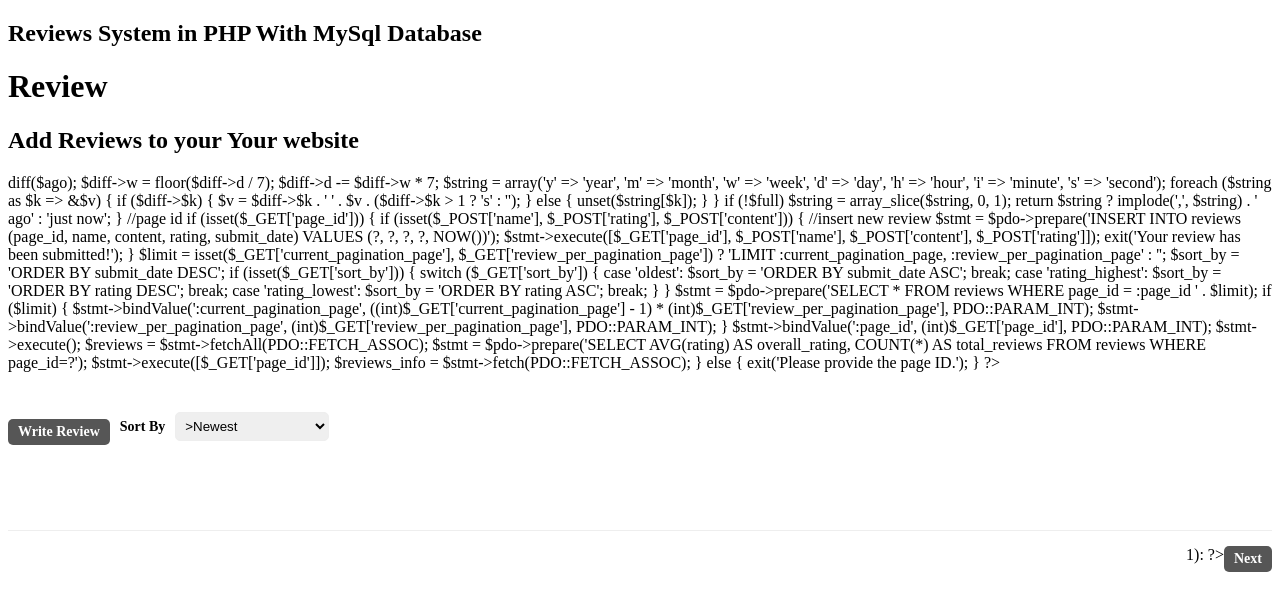
Repository: chathura226/SeekWork_Group_Project_I
Page: ratingsystem/index.html
The author's editor kept a copy of each file at every save. The page is drawn from the files as they stood at one save, then again after the next save.
The browser window is 1280 px wide. The pictures show the whole page.

Above is the page before, as saved 2023-12-22 21:17:20.
Console error: TypeError: Cannot set properties of null (setting 'onsubmit')

After the next save:
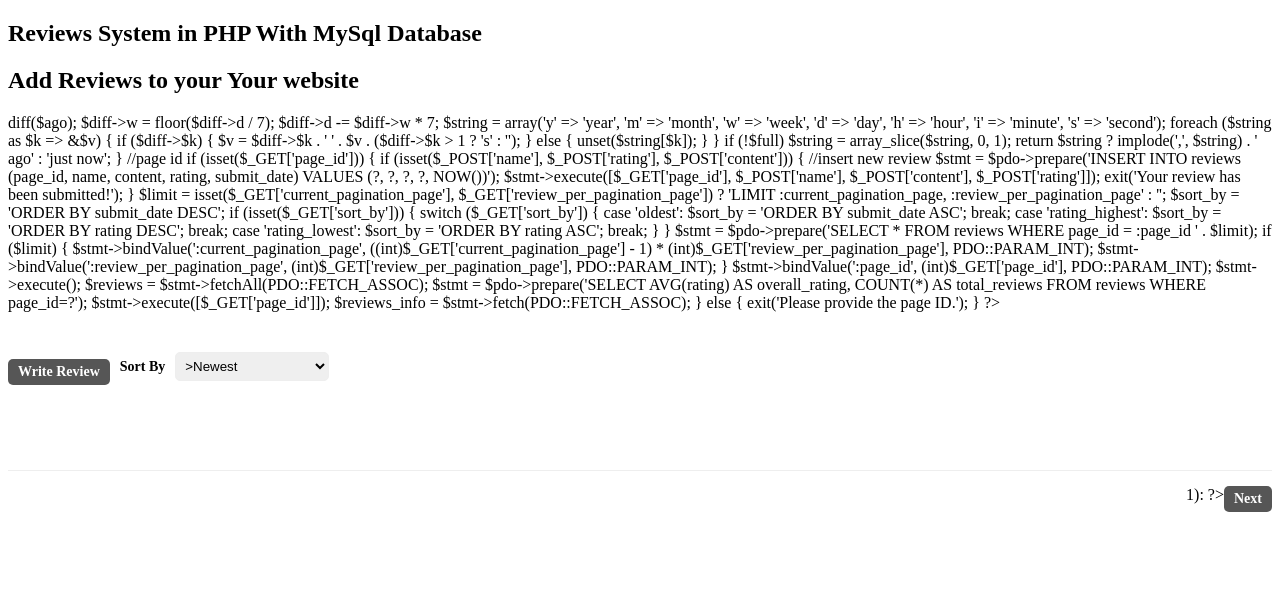
Saved 10 s later.
--- a/ratingsystem/index.html
+++ b/ratingsystem/index.html
@@ -13,8 +13,6 @@
                 <h1>Reviews System in PHP With MySql Database</h1>
             </div>
         </nav>
-
-        <h1>Review</h1>
 
         <div class="content home">
             <h2>Add Reviews to your Your website</h2>
